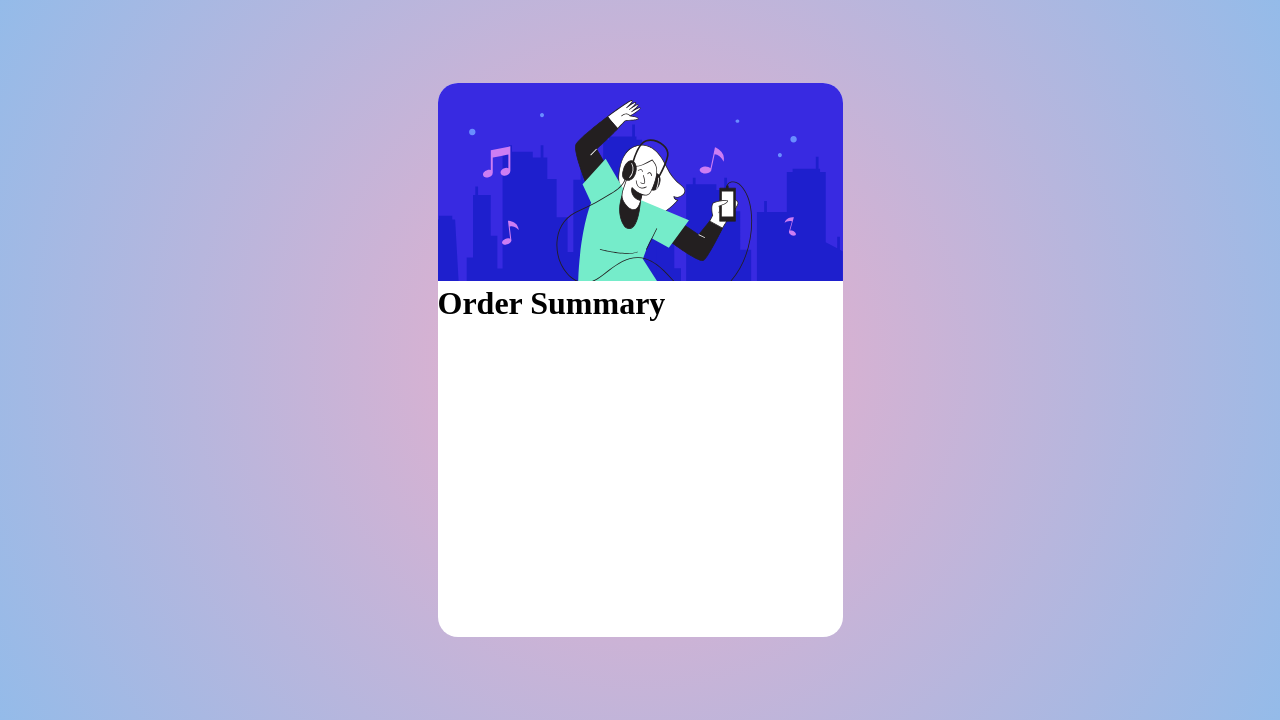
Repository: KamoliddinGIT/order-summary-card
Page: index.html
The author's editor kept a copy of each file at every save. The page is drawn from the files as they stood at one save, then again after the next save.
The browser window is 1280 px wide. The pictures show the whole page.

Above is the page before, as saved 2023-09-13 10:45:47.

### index.html
<!DOCTYPE html>
<html lang="en">
  <head>
    <meta charset="UTF-8" />
    <meta name="viewport" content="width=device-width, initial-scale=1.0" />
    <link
      rel="icon"
      type="image/png"
      sizes="32x32"
      href="./images/favicon-32x32.png"
    />
    <link rel="stylesheet" href="./css/style.css" />
    <title>Order summary card</title>
  </head>
  <body>
    <div class="container">
      <img
        class="illustration"
        src="./images/illustration-hero.svg"
        alt="img"
      />
      <div>
        <h1>Order Summary</h1>
      </div>
    </div>
  </body>
</html>

### css/style.css
* {
  margin: 0;
  padding: 0;
  box-sizing: border-box;
}

body {
  width: 100%;
  height: 100vh;
  display: flex;
  justify-content: center;
  align-items: center;
  background: rgb(238, 174, 202);
  background: radial-gradient(
    circle,
    rgba(238, 174, 202, 1) 0%,
    rgba(148, 187, 233, 1) 100%
  );
}

.container {
  width: 405px;
  height: 554px;
  border-radius: 20px;
  background: #fff;
}

.illustration {
  width: 100%;
  border-radius: 20px 20px 0 0;
}

After the next save:
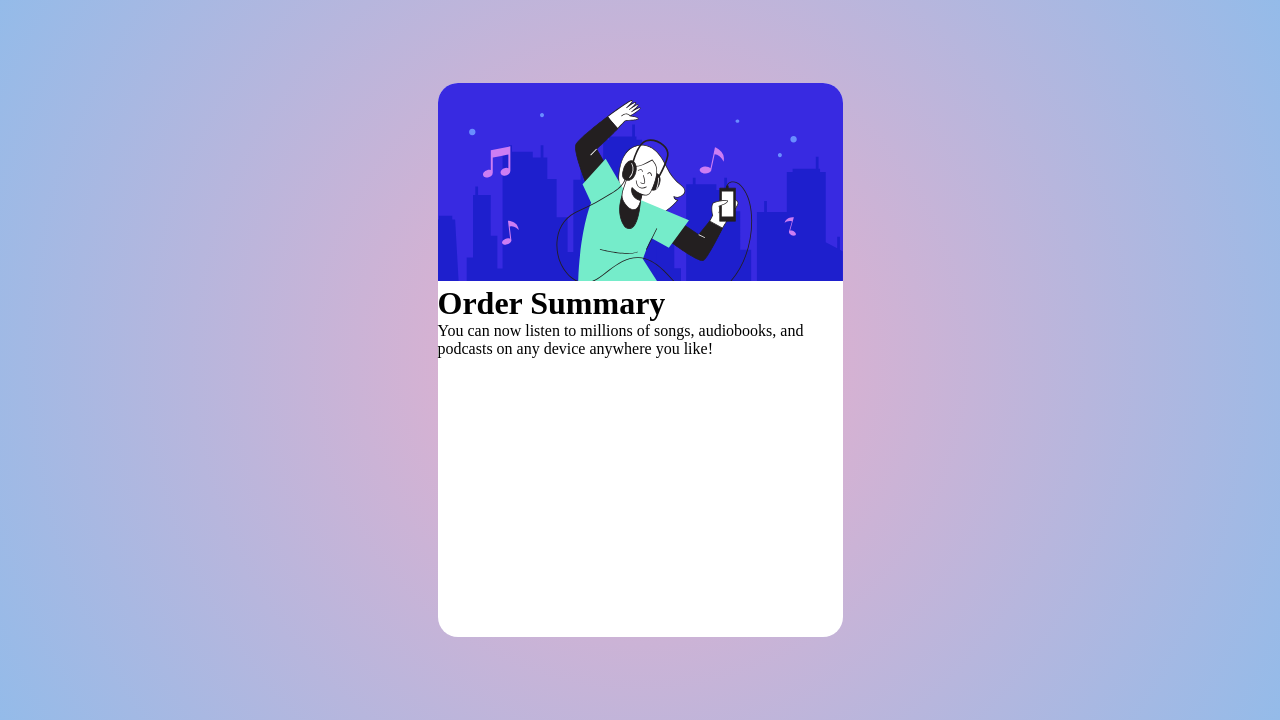
Saved 6 s later.
--- a/index.html
+++ b/index.html
@@ -21,6 +21,10 @@
       />
       <div>
         <h1>Order Summary</h1>
+        <p>
+          You can now listen to millions of songs, audiobooks, and podcasts on
+          any device anywhere you like!
+        </p>
       </div>
     </div>
   </body>
